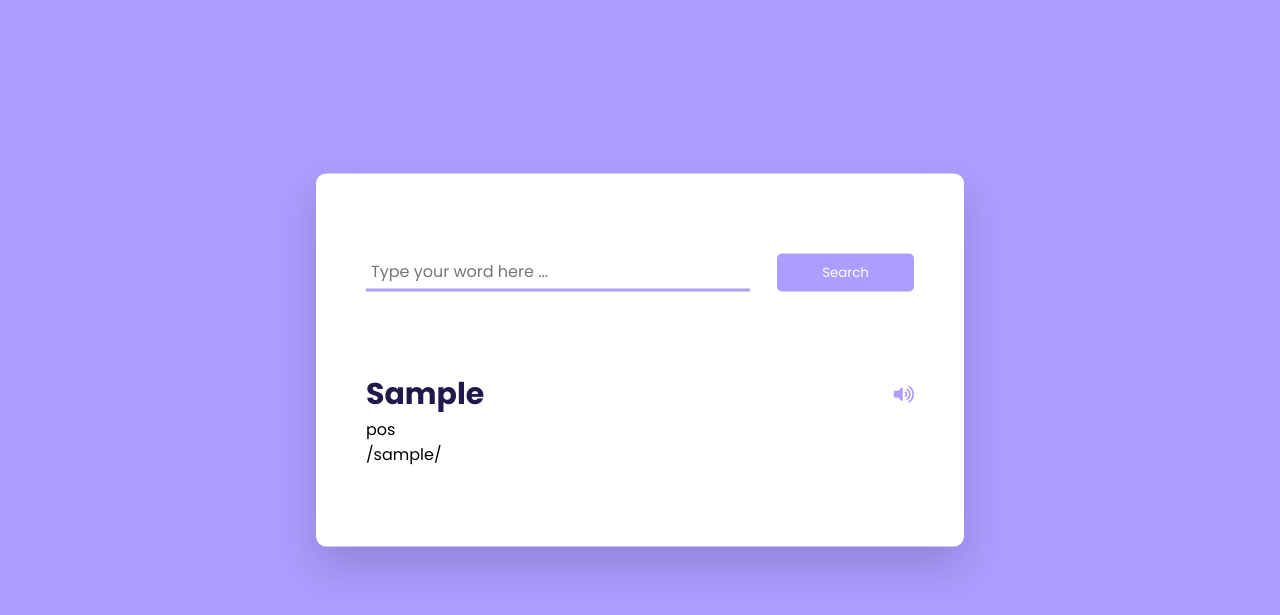
Repository: MohamedMostafaTaha/Translation_app
Page: index.html
The author's editor kept a copy of each file at every save. The page is drawn from the files as they stood at one save, then again after the next save.
The browser window is 1280 px wide. The pictures show the whole page.

Above is the page before, as saved 2023-09-16 18:25:41.

### index.html
<!DOCTYPE html>
<html lang="en">
  <head>
    <meta charset="UTF-8" />
    <meta name="viewport" content="width=device-width, initial-scale=1.0" />
    <title>Document</title>
    <link
      rel="stylesheet"
      href="https://cdnjs.cloudflare.com/ajax/libs/font-awesome/5.15.4/css/all.min.css"
    />
    <link rel="preconnect" href="https://fonts.googleapis.com" />
    <link rel="preconnect" href="https://fonts.gstatic.com" crossorigin />
    <link
      href="https://fonts.googleapis.com/css2?family=Poppins:ital,wght@0,100;0,200;0,300;0,400;0,500;0,600;0,700;0,800;0,900;1,100;1,200;1,300;1,400;1,500;1,600;1,700;1,800;1,900&display=swap"
      rel="stylesheet"
    />
    <link rel="stylesheet" href="style.css" />
  </head>
  <body>
    <div class="container">
      <div class="search-box">
        <input
          type="text"
          placeholder="Type your word here ..."
          id="inp-word"
        />
        <button id="search-btn">Search</button>
      </div>

      <div class="result">
        <div class="word">
          <h3>Sample</h3>
          <button>
            <i class="fas fa-volume-up"></i>
          </button>
        </div>

        <div class="details">
          <p>pos</p>
          <p>/sample/</p>
        </div>
      </div>
    </div>
    <script src="main.js"></script>
  </body>
</html>

### style.css
* {
  padding: 0;
  margin: 0;
  box-sizing: border-box;
}

*:not(i) {
  font-family: "Poppins", sans-serif;
}

body {
  background-color: #ae9cff;
}

.container {
  background-color: #ffffff;
  width: 90vmin;
  position: absolute;
  transform: translate(-50%, -50%);
  top: 50%;
  left: 50%;
  padding: 80px 50px;
  border-radius: 10px;
  box-shadow: 0 20px 40px rgba(38, 33, 61, 0.2);
}

.search-box {
  width: 100%;
  display: flex;
  justify-content: space-between;
}

.search-box input {
  padding: 5px;
  width: 70%;
  border: none;
  outline: none;
  border-bottom: 3px solid #ae9cff;
  font-size: 16px;
}

.search-box button {
  padding: 5px 0;
  width: 25%;
  background-color: #ae9cff;
  border: none;
  outline: none;
  color: white;
  border-radius: 5px;
}

.result {
  position: relative;
}

.result h3 {
  font-size: 30px;
  color: #1f194c;
}

.result .word {
  display: flex;
  justify-content: space-between;
  margin-top: 80px;
}

.result button {
  background-color: transparent;
  color: #ae9cff;
  border: none;
  outline: none;
  font-size: 18px;
}

Loaded but not shown: main.js (no copy from this time; the picture is the same without it)

After the next save:
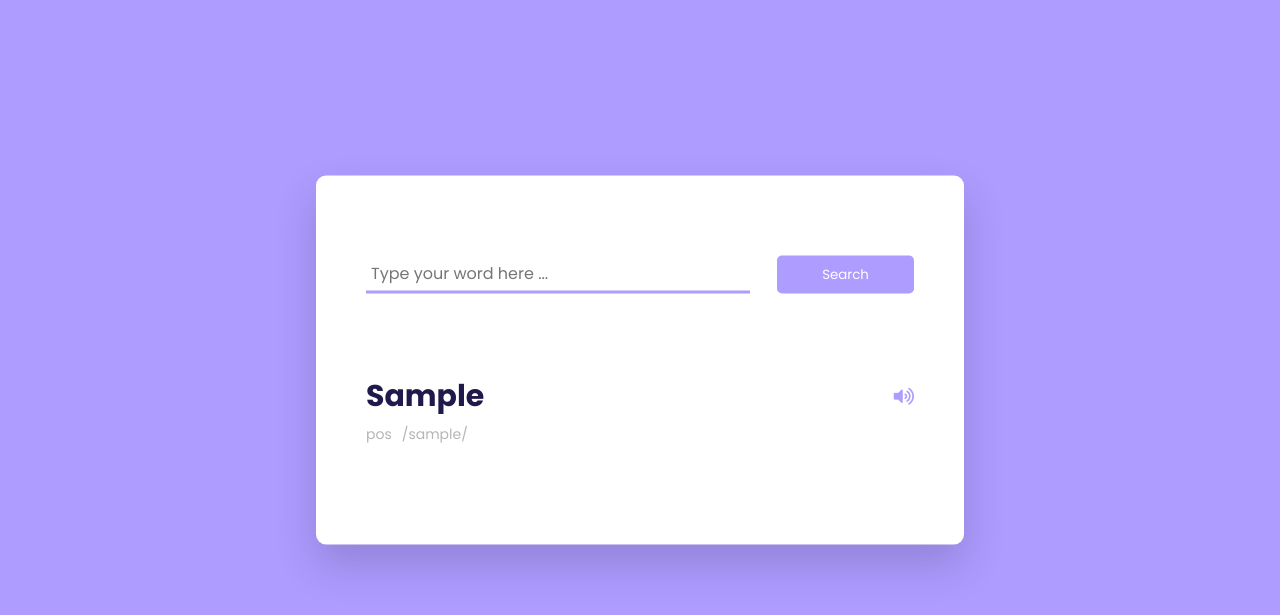
Saved 67 s later.
--- a/style.css
+++ b/style.css
@@ -71,3 +71,11 @@ body {
   outline: none;
   font-size: 18px;
 }
+
+.result .details {
+  display: flex;
+  gap: 10px;
+  color: #b3b6b4;
+  margin: 5px 0 20px 0;
+  font-size: 14px;
+}
